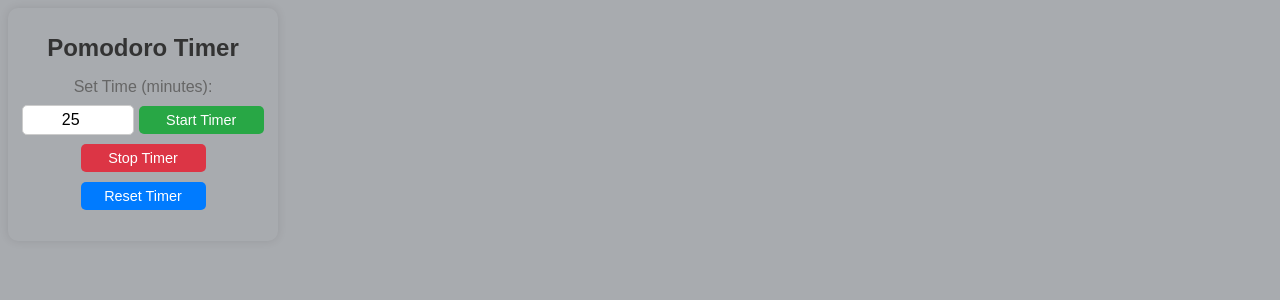
Repository: Prateek09102001/POMODORO-TIMER-UPDATEED-EXTENSIONS
Page: popup.html
An editor plug-in stored every save of this project. The page is shown before and after the next save, followed by the edit.
The browser window is 1280 px wide. The pictures show the whole page.

Above is the page before, as saved 2024-09-30 19:06:33.

After the next save:
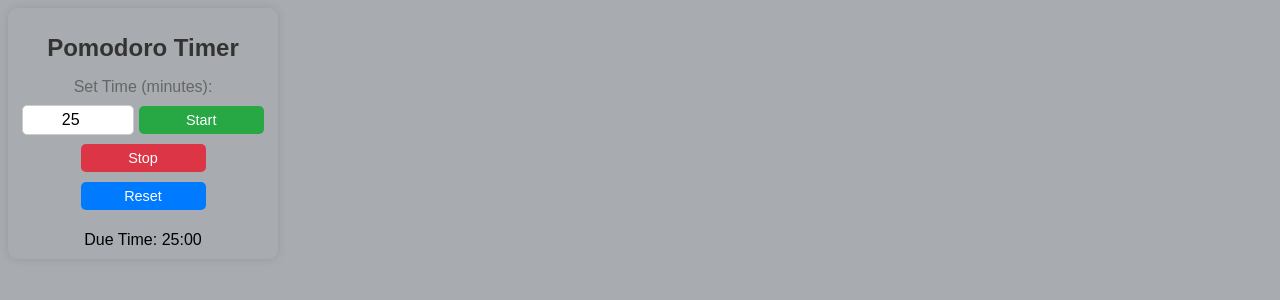
Saved 2 min 43 s later.
--- a/popup.html
+++ b/popup.html
@@ -4,16 +4,18 @@
     <meta charset="UTF-8">
     <meta name="viewport" content="width=device-width, initial-scale=1.0">
     <title>Pomodoro Timer</title>
-    <link rel="stylesheet" href="style.css">
+    <link rel="stylesheet" href="style.css"> <!-- Link to external CSS file -->
 </head>
 <body>
     <h1>Pomodoro Timer</h1>
     <label for="minutes">Set Time (minutes):</label>
     <input type="number" id="minutes" min="1" value="25">
-    <button id="start">Start Timer</button>
-    <button id="stop">Stop Timer</button>
-    <button id="reset">Reset Timer</button>
+    <button id="start">Start</button>
+    <button id="stop">Stop</button>
+    <button id="reset">Reset</button>
+
     <p id="status"></p> <!-- To show the timer status -->
+    <div id="dueTime" class="due-time-box">Due Time: 25:00</div> <!-- Display due time -->
 
     <script src="popup.js"></script>
 </body>
